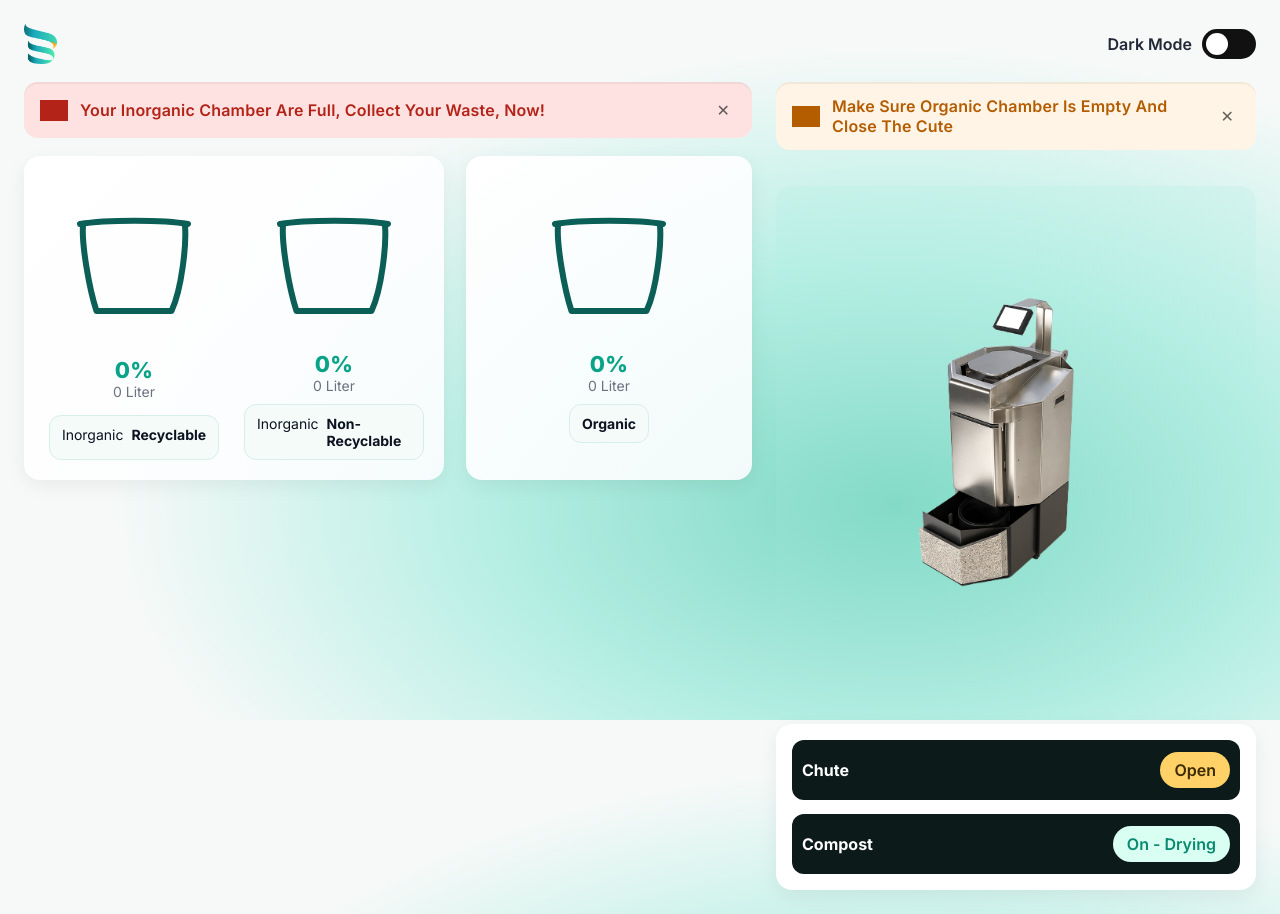
Repository: william-saputra/nusabin
Page: pages/homepage.html
The author's editor kept a copy of each file at every save. The page is drawn from the files as they stood at one save, then again after the next save.
The browser window is 1280 px wide. The pictures show the whole page.
Pictures or frames that could not be fetched are drawn as grey boxes. Backgrounds fixed to the window are drawn as part of the page.

Above is the page before, as saved 2025-08-12 22:46:06.

After the next save:
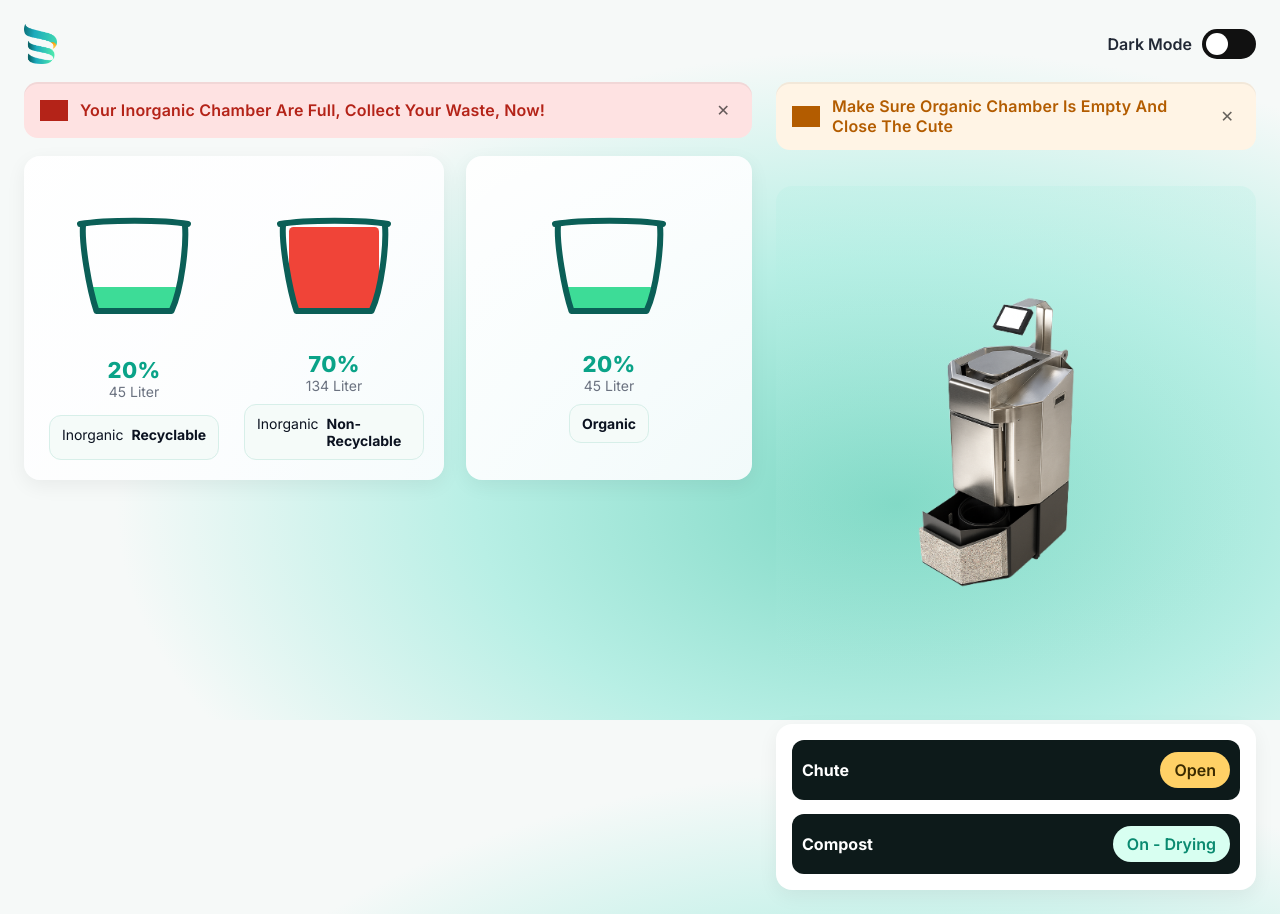
Saved 32 s later.
--- a/scripts/main.js
+++ b/scripts/main.js
@@ -5,9 +5,8 @@
   const clickable = root.querySelector('.clickable-area');
   if (clickable) {
     clickable.addEventListener('click', function (ev) {
-      // ignore clicks from dedicated controls within alerts and switches
       const target = ev.target;
-      if (target && (target.closest('[data-dismiss]') || target.closest('.switch') || target.closest('.status-panel'))) return;
+      if (target && (target.closest('[data-dismiss]') || target.closest('.switch') || target.closest('.status-panel') || target.closest('.alerts'))) return;
       window.location.href = '../pages/detail.html';
     });
   }
@@ -21,28 +20,36 @@
     });
   });
 
-  // Initialize bucket fill based on data-percent
-  root.querySelectorAll('.bucket-item').forEach((item) => {
-    const percent = Number(item.getAttribute('data-percent') || '0');
-    const bucket = item.querySelector('.bucket');
-    const water = item.querySelector('.bucket-water');
-    if (!bucket || !water) return;
+  // Data dummy hardcoded
+  const data = {
+    inorganic_recyclable: { level: 20, volume: 45 },
+    inorganic_non_recyclable: { level: 70, volume: 134 },
+    organic: { level: 20, volume: 45 }
+  };
 
-    // Compute fill height mapping: 0% => 0px, 100% => ~88px (fits inside SVG frame paddings)
-    const maxFill = 88; // tuned visually to stay inside the svg inner area
-    const clamped = Math.max(0, Math.min(100, percent));
-    const height = Math.round((clamped / 100) * maxFill);
-    water.style.height = height + 'px';
+  // Update function per spec
+  function updateFill(binId, percent, volumeLiters) {
+    const rect = root.getElementById('cupFill-' + binId);
+    if (!rect) return;
+    const contentHeight = 160;
+    const baseY = 180;
+    const p = Math.max(0, Math.min(100, percent));
+    const newHeight = (p / 100) * contentHeight;
+    const newY = baseY - newHeight;
+    rect.setAttribute('height', String(newHeight));
+    rect.setAttribute('y', String(newY));
+    rect.setAttribute('fill', p >= 70 ? '#F04438' : '#3DDC97');
 
-    // Color rule: >= 70% becomes red
-    if (clamped >= 70) {
-      bucket.classList.add('red');
-    } else if (clamped >= 45) {
-      bucket.classList.add('yellow');
-    }
+    const item = root.querySelector('.bucket-item[data-id="' + binId + '"]');
+    if (!item) return;
+    const percentEl = item.querySelector('[data-percent]');
+    const literEl = item.querySelector('[data-liter]');
+    if (percentEl) percentEl.textContent = p + '%';
+    if (literEl) literEl.textContent = volumeLiters + ' Liter';
+  }
 
-    // Update metrics text from dataset so the HTML can be dummy and JS authoritative
-    const percentEl = item.querySelector('.percent');
-    if (percentEl) percentEl.textContent = clamped + '%';
+  // Initialize
+  Object.entries(data).forEach(([id, val]) => {
+    updateFill(id, val.level, val.volume);
   });
 })();
